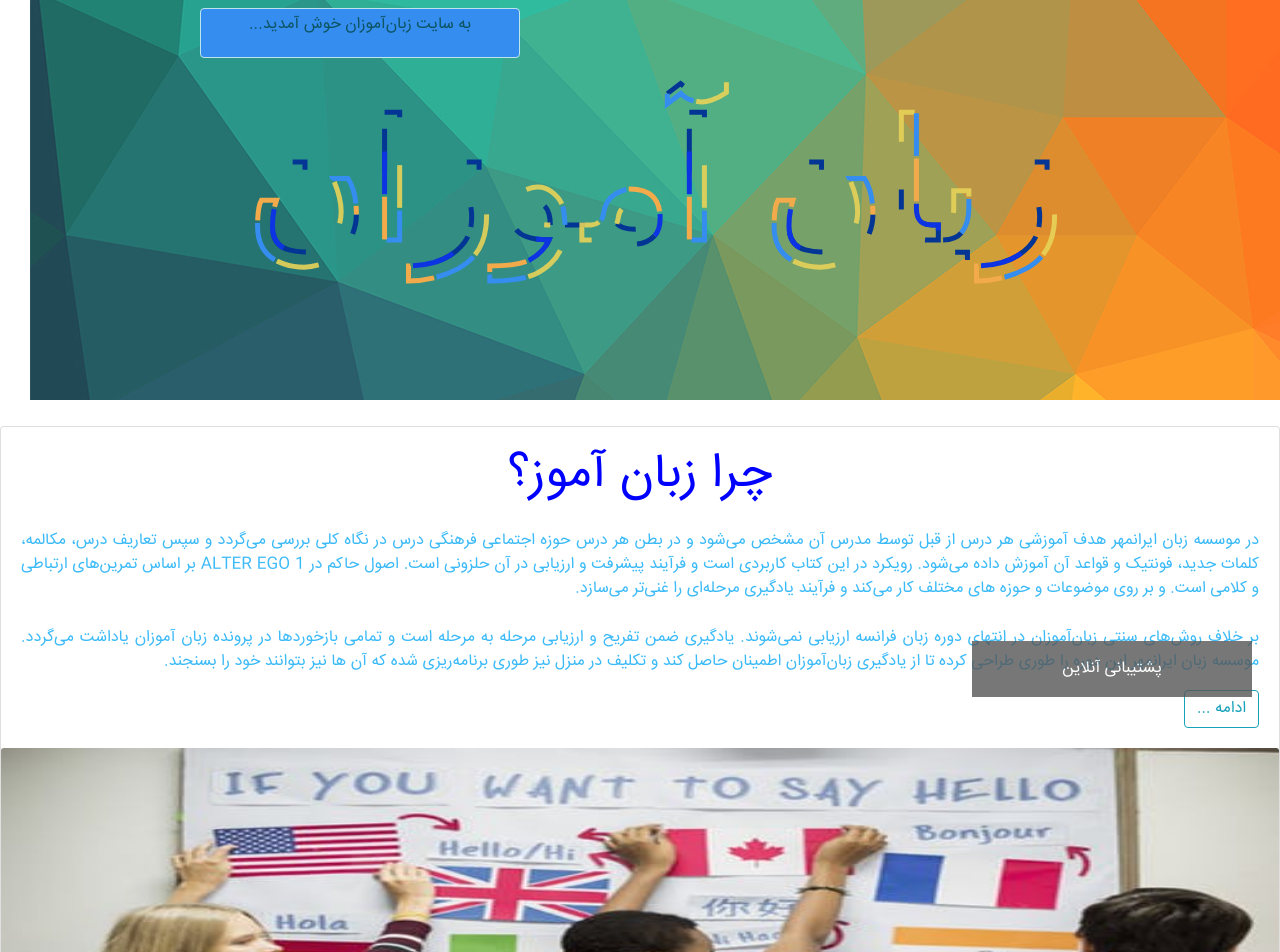
Repository: nikmahla/ZabanAmozan
Page: LanguageWebSite.html
The author's editor kept a copy of each file at every save. The page is drawn from the files as they stood at one save, then again after the next save.
The browser window is 1280 px wide. The pictures show the part of the page from y = 0 to 952 px (the page is 3961 px tall).
A picture or video elsewhere on the page could not be fetched, so the positions and the page height are approximate.

Above is the page before, as saved 2019-10-11 22:02:45.

After the next save:
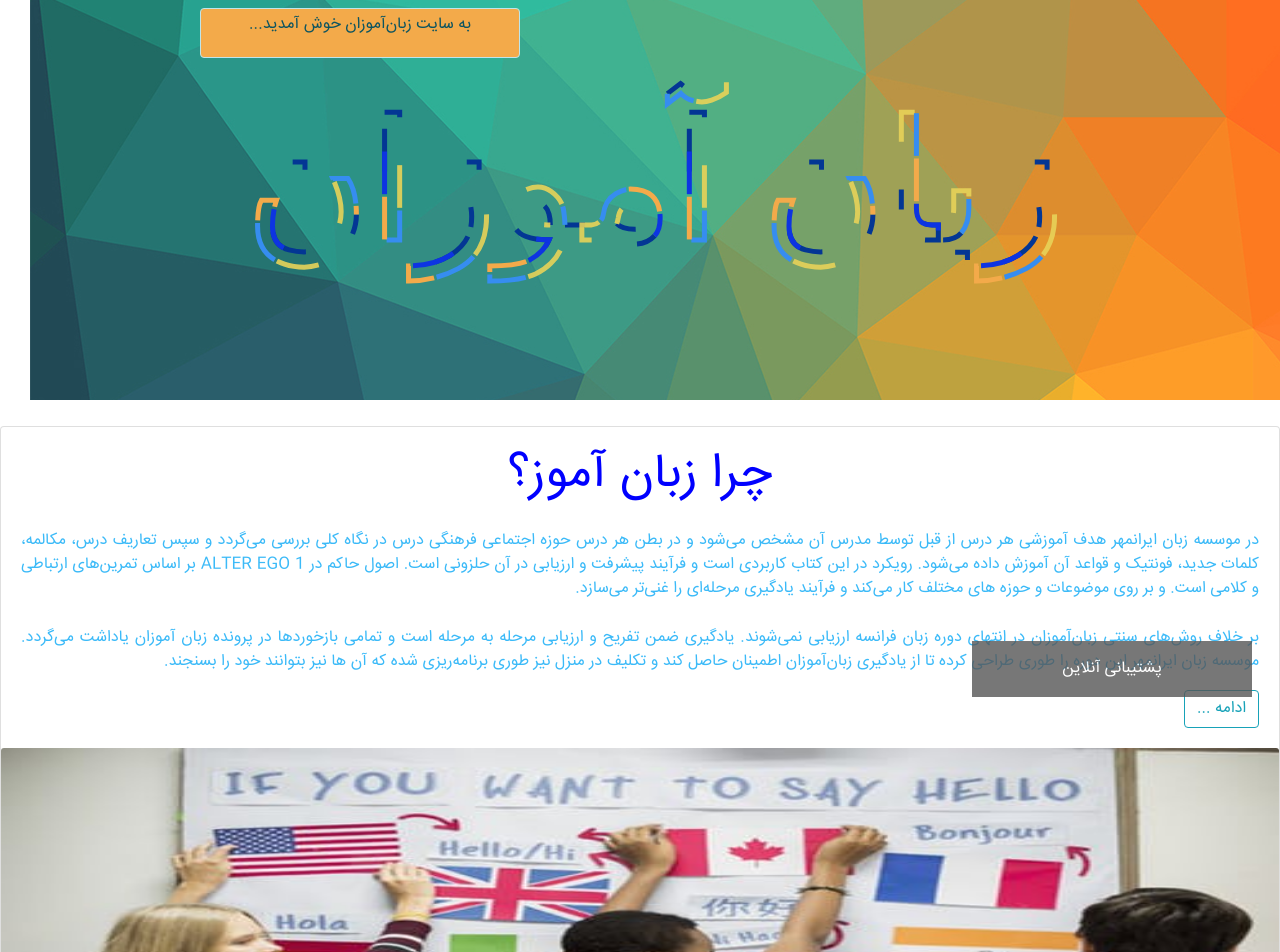
Saved 37 s later.
--- a/css/stylesheet.css
+++ b/css/stylesheet.css
@@ -268,5 +268,5 @@ footer a:hover {
     left: 12rem;
     width: 25%;
     display: none;
-    background-color:rgb(54, 141, 240);
-}
+    background-color: rgb(243, 170, 74);
+}
